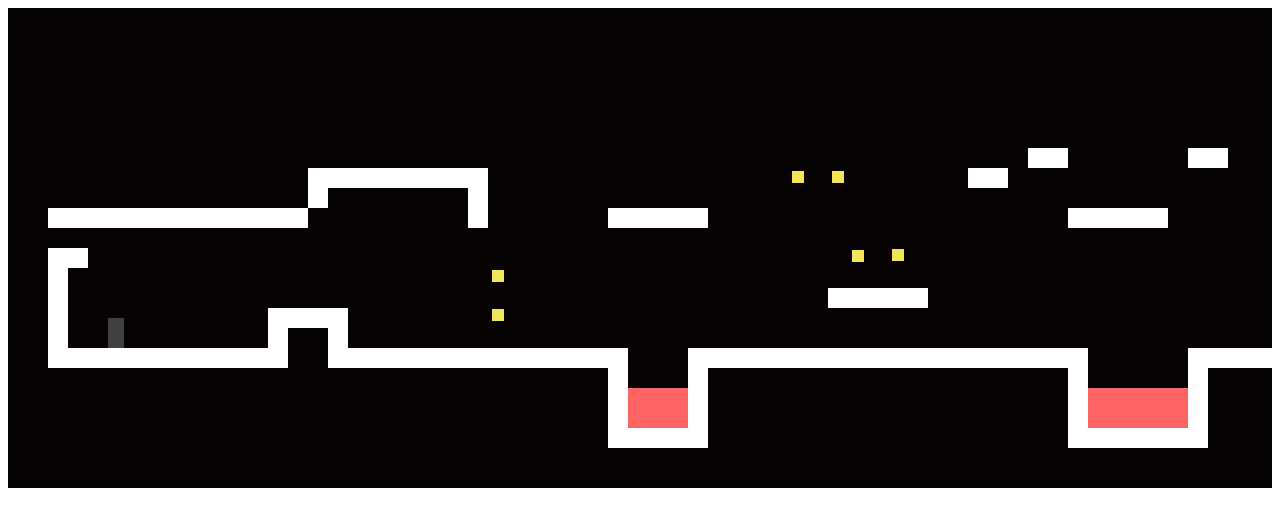
Repository: luccas-teddy/examenlucas
Page: index.html
An editor plug-in stored every save of this project. The page is shown before and after the next save, followed by the edit.
The browser window is 1280 px wide. The pictures show the whole page.

Above is the page before, as saved 2021-02-11 22:10:11.

### index.html
<!doctype html>
<script src="code/chapter/16_game.js"></script>
<script src="code/levels.js"></script>

<link rel="stylesheet" href="css/game.css">

<body>
  <script>
    runGame(GAME_LEVELS, DOMDisplay);
  </script>
</body>

### code/levels.js
var GAME_LEVELS = [`
................................................................................
................................................................................
................................................................................
................................................................................
................................................................................
................................................................................
..................................................................###...........
...................................................##......##....##+##..........
...............#########...............o.o......##..................#+++#.......
...............#.......#..........................................##+##.........
..#############........#......#####..................#####..............#v#.....
............................................................................##..
..##......................................o.o................................#..
..#.....................o....................................................#..
..#......................................#####.............................o.#..
..#..........####.......o....................................................#..
..#..@.......#..#................................................#####.......#..
..############..###############...####################.....#######...#########..
..............................#...#..................#.....#....................
..............................#+++#..................#+++++#....................
..............................#+++#..................#+++++#....................
..............................#####..................#######....................
................................................................................
................................................................................
`,`
................................................................................
................................................................................
....###############################.............................................
...##.............................##########################################....
...#.......................................................................##...
...#....o...................................................................#...
...#................................................=.......................#...
...#.o........################...................o..o...........|........o..#...
...#.........................#..............................................#...
...#....o....................##########.....###################....##########...
...#..................................#+++++#.................#....#............
...###############....oo......=o.o.o..#######.###############.#....#............
.....#...............o..o.............#.......#......#........#....#............
.....#....................#############..######.####.#.########....########.....
.....#.............########..............#...........#.#..................#.....
.....#..........####......####...#####################.#..................#.....
.....#........###............###.......................########....########.....
.....#.......##................#########################......#....#............
.....#.......#................................................#....#............
.....###......................................................#....#............
.......#...............o...........................................#............
.......#...............................................o...........#............
.......#########......###.....############.........................##...........
.............#..................#........#####....#######.o.........########....
.............#++++++++++++++++++#............#....#.....#..................#....
.............#++++++++++++++++++#..........###....###...####.o.............#....
.............####################..........#........#......#.....|.........#....
...........................................#++++++++#......####............#....
...........................................#++++++++#.........#........@...#....
...........................................#++++++++#.........##############....
...........................................##########...........................
................................................................................
`,`
......................................#++#........................#######....................................#+#..
......................................#++#.....................####.....####.................................#+#..
......................................#++##########...........##...........##................................#+#..
......................................##++++++++++##.........##.............##...............................#+#..
.......................................##########++#.........#....................................o...o...o..#+#..
................................................##+#.........#.....o...o....................................##+#..
.................................................#+#.........#................................###############++#..
.................................................#v#.........#.....#...#........................++++++++++++++##..
.............................................................##..|...|...|..##............#####################...
..............................................................##+++++++++++##............v........................
...............................................................####+++++####......................................
...............................................#.....#............#######........###.........###..................
...............................................#.....#...........................#.#.........#.#..................
...............................................#.....#.............................#.........#....................
...............................................#.....#.............................##........#....................
...............................................##....#.............................#.........#....................
...............................................#.....#......o..o.....#...#.........#.........#....................
...............#######........###...###........#.....#...............#...#.........#.........#....................
..............##.....##.........#...#..........#.....#.....######....#...#...#########.......#....................
.............##.......##........#.o.#..........#....##...............#...#...#...............#....................
.....@.......#.........#........#...#..........#.....#...............#...#...#...............#....................
....###......#.........#........#...#..........#.....#...............#...#####...######......#....................
....#.#......#.........#.......##.o.##.........#.....#...............#.....o.....#.#.........#....................
++++#.#++++++#.........#++++++##.....##++++++++##....#++++++++++.....#.....=.....#.#.........#....................
++++#.#++++++#.........#+++++##.......##########.....#+++++++##+.....#############.##..o.o..##....................
++++#.#++++++#.........#+++++#....o.................##++++++##.+....................##.....##.....................
++++#.#++++++#.........#+++++#.....................##++++++##..+.....................#######......................
++++#.#++++++#.........#+++++##.......##############++++++##...+..................................................
++++#.#++++++#.........#++++++#########++++++++++++++++++##....+..................................................
++++#.#++++++#.........#++++++++++++++++++++++++++++++++##.....+..................................................
`,`
..............................................................................................................
..............................................................................................................
..............................................................................................................
..............................................................................................................
..............................................................................................................
........................................o.....................................................................
..............................................................................................................
........................................#.....................................................................
........................................#.....................................................................
........................................#.....................................................................
........................................#.....................................................................
.......................................###....................................................................
.......................................#.#.................+++........+++..###................................
.......................................#.#.................+#+........+#+.....................................
.....................................###.###................#..........#......................................
......................................#...#.................#...oooo...#.......###............................
......................................#...#.................#..........#......#+++#...........................
......................................#...#.................############.......###............................
.....................................##...##......#...#......#................................................
......................................#...#########...########..............#.#...............................
......................................#...#...........#....................#+++#..............................
......................................#...#...........#.....................###...............................
.....................................##...##..........#.......................................................
......................................#...#=.=.=.=....#............###........................................
......................................#...#...........#...........#+++#.......................................
......................................#...#....=.=.=.=#.....o......###.......###..............................
.....................................##...##..........#.....................#+++#.............................
..............................o...o...#...#...........#.....#................##v........###...................
......................................#...#...........#..............#.................#+++#..................
.............................###.###.###.###.....o.o..#++++++++++++++#...................v#...................
.............................#.###.#.#.###.#..........#++++++++++++++#........................................
.............................#.............#...#######################........................................
.............................##...........##.........................................###......................
..###.........................#.....#.....#.........................................#+++#................###..
..#.#.........................#....###....#..........................................###.................#.#..
..#...........................#....###....#######........................#####.............................#..
..#...........................#...........#..............................#...#.............................#..
..#...........................##..........#..............................#.#.#.............................#..
..#.......................................#.......|####|....|####|.....###.###.............................#..
..#................###.............o.o....#..............................#.........###.....................#..
..#...............#####.......##..........#.............................###.......#+++#..........#.........#..
..#...............o###o.......#....###....#.............................#.#........###..........###........#..
..#................###........#############..#.oo.#....#.oo.#....#.oo..##.##....................###........#..
..#......@..........#.........#...........#++#....#++++#....#++++#....##...##....................#.........#..
..#############################...........#############################.....################################..
..............................................................................................................
..............................................................................................................
`,`
..................................................................................................###.#.......
......................................................................................................#.......
..................................................................................................#####.......
..................................................................................................#...........
..................................................................................................#.###.......
..........................o.......................................................................#.#.#.......
.............................................................................................o.o.o###.#.......
...................###................................................................................#.......
.......+..o..+................................................#####.#####.#####.#####.#####.#####.#####.......
.......#.....#................................................#...#.#...#.#...#.#...#.#...#.#...#.#...........
.......#=.o..#............#...................................###.#.###.#.###.#.###.#.###.#.###.#.#####.......
.......#.....#..................................................#.#...#.#...#.#...#.#...#.#...#.#.....#.......
.......+..o..+............o..................................####.#####.#####.#####.#####.#####.#######.......
..............................................................................................................
..........o..............###..............................##..................................................
..............................................................................................................
..............................................................................................................
......................................................##......................................................
...................###.........###............................................................................
..............................................................................................................
..........................o.....................................................#......#......................
..........................................................##.....##...........................................
.............###.........###.........###.................................#..................#.................
..............................................................................................................
.................................................................||...........................................
..###########.................................................................................................
..#.........#.o.#########.o.#########.o.##................................................#...................
..#.........#...#.......#...#.......#...#.................||..................#.....#.........................
..#..@......#####...o...#####...o...#####.....................................................................
..#######.....................................#####.......##.....##.....###...................................
........#=..................=................=#...#.....................###...................................
........#######################################...#+++++++++++++++++++++###+++++++++++++++++++++++++++++++++++
..................................................############################################################
..............................................................................................................
`];

if (typeof module != "undefined" && module.exports && (typeof window == "undefined" || window.exports != exports))
  module.exports = GAME_LEVELS;
if (typeof global != "undefined" && !global.GAME_LEVELS)
  global.GAME_LEVELS = GAME_LEVELS;

### css/game.css
.background    { background-color:rgb(8, 3, 3)
}

 .background     {background: rgb (55, 167, 250) rgb
                  background-image: url(bosque.jpg);
                  background-repeat: no-repeat;
                  background-size: cover ;
                   table-layout: fixed;
                   border-spacing: 0;   }

.background td   { padding: 0;   }
.lava            { background: rgb(255, 100, 100); }
.wall            { background: rgb(255, 255, 255);   }

.actor  { position: absolute;  }

.coin   { background: rgb(241, 229, 89); }
.player { background: rgb(64, 64, 64); }

.game {
  overflow: hidden;
  max-width: 1500px;
  max-height: 820px;
  position: relative;
}

.lost .player {
  background: rgb(160, 64, 64);
}
.won .player {
  box-shadow: -4px -7px 8px white, 4px -7px 8px white;
}

Loaded but not shown: code/chapter/16_game.js (359 lines, source omitted)

After the next save:
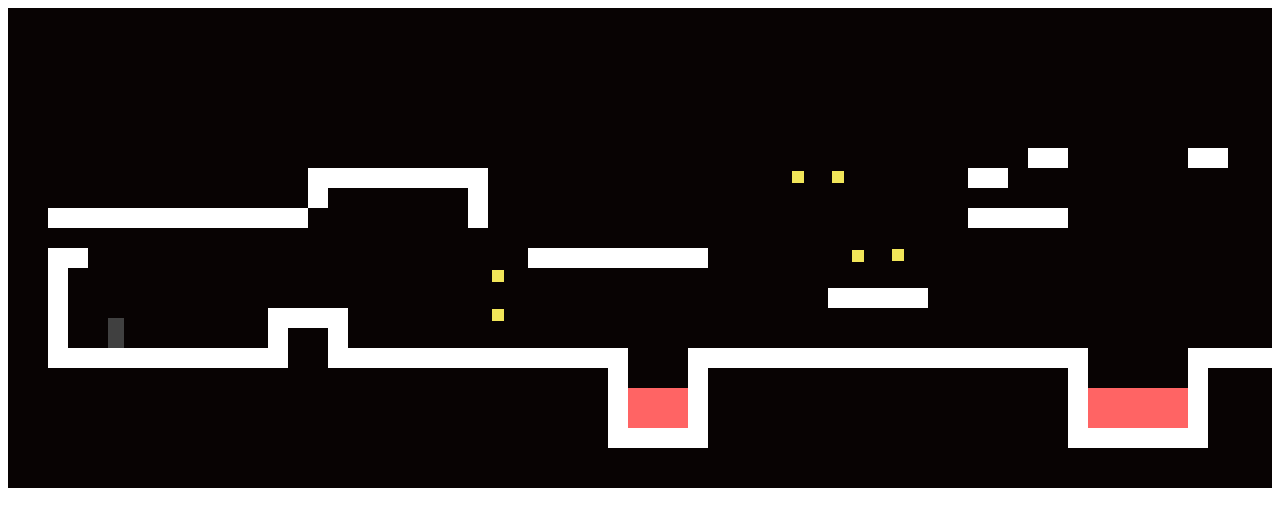
Saved 52 s later.
--- a/code/levels.js
+++ b/code/levels.js
@@ -9,9 +9,9 @@ var GAME_LEVELS = [`
 ...................................................##......##....##+##..........
 ...............#########...............o.o......##..................#+++#.......
 ...............#.......#..........................................##+##.........
-..#############........#......#####..................#####..............#v#.....
+..#############........#........................#####..............#v#..........
 ............................................................................##..
-..##......................................o.o................................#..
+..##......................#########.......o.o................................#..
 ..#.....................o....................................................#..
 ..#......................................#####.............................o.#..
 ..#..........####.......o....................................................#..
